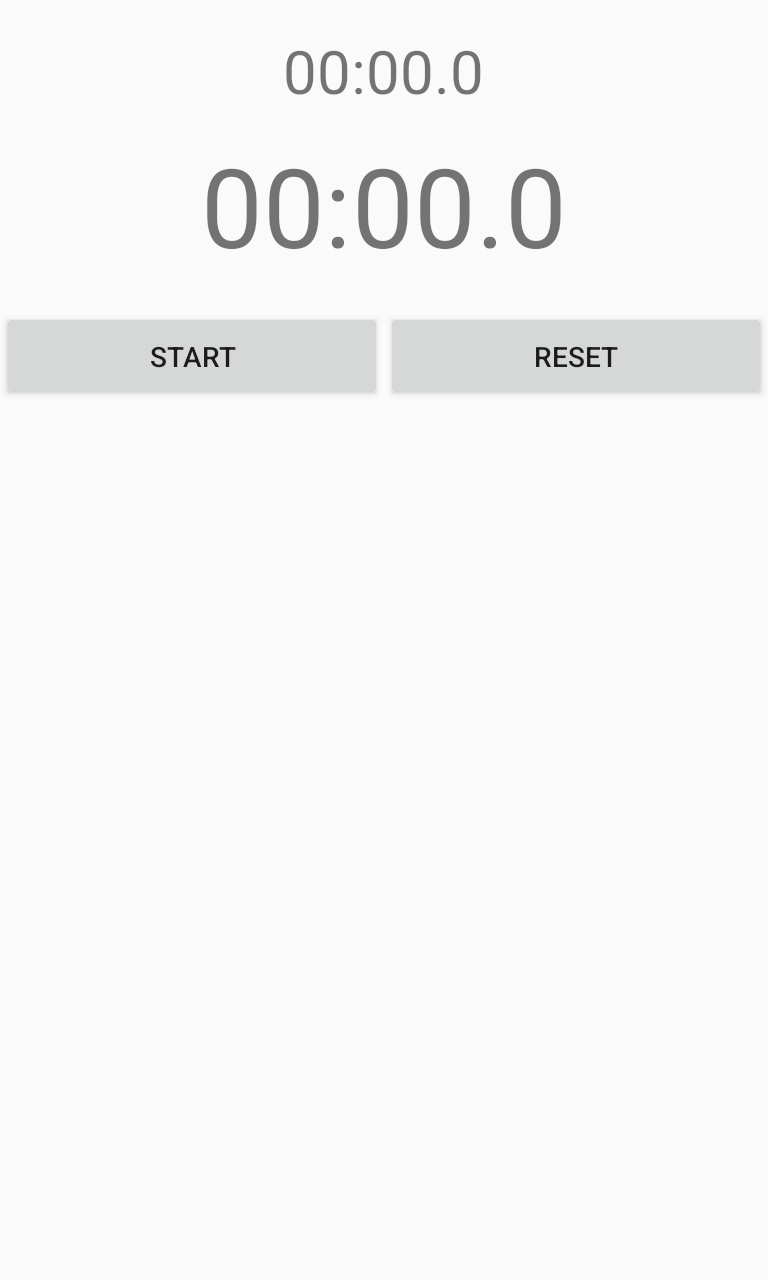
Repository: GitDidNotExitCleanly/AndroidTimer
Layout: G54MDP_Stopwatch/res/layout/fragment_stopwatch.xml
The author's editor kept a copy of each file at every save. The layout is drawn from the files as they stood at one save, then again after the next save.
It is drawn on a 768 x 1280 px phone screen (xhdpi) without system bars, with theme AppTheme; the app's code is not run. Lists and similar views that code fills are empty.

Above is the layout before, as saved 2015-03-07 01:37:32.

### G54MDP_Stopwatch/res/layout/fragment_stopwatch.xml
<?xml version="1.0" encoding="utf-8"?>
<LinearLayout xmlns:android="http://schemas.android.com/apk/res/android"
    android:layout_width="match_parent"
    android:layout_height="match_parent"
    android:gravity="center_horizontal"
    android:orientation="vertical" >

        <LinearLayout
            android:layout_width="fill_parent"
            android:layout_height="wrap_content"
            android:layout_weight="0.5"
            android:gravity="center_horizontal"
            android:orientation="vertical" >

	        <TextView
	            android:id="@+id/smallTime"
	            android:layout_width="wrap_content"
	            android:layout_height="wrap_content"
	            android:text="00:00.0"
	            android:textSize="@dimen/stopwatch_small_time"
	            android:paddingTop="15dip"
	            android:paddingBottom="5dip" />

	        <TextView
	            android:id="@+id/largeTime"
	            android:layout_width="wrap_content"
	            android:layout_height="wrap_content"
	            android:text="00:00.0"
	            android:textSize="@dimen/stopwatch_large_time"
	            android:paddingTop="5dip"
	            android:paddingBottom="15dip" />

	        <LinearLayout
	            android:layout_width="match_parent"
	            android:layout_height="wrap_content"
	            android:gravity="center_horizontal"
	            android:orientation="horizontal"
	             >

	            <Button
	                android:id="@+id/start_stop"
	                android:layout_width="wrap_content"
	                android:layout_height="wrap_content"
	                android:layout_weight="1"
	                android:text="Start" />

	            <Button
	                android:id="@+id/reset_lap"
	                android:layout_width="wrap_content"
	                android:layout_height="wrap_content"
	                android:layout_weight="1"
	                android:text="Reset" />

	        </LinearLayout>
    </LinearLayout>

    <ListView
        android:id="@+id/timeList"
        android:layout_width="fill_parent"
        android:layout_height="wrap_content"
        android:layout_gravity="center_horizontal"
        android:layout_weight="0.3" >

    </ListView>

</LinearLayout>

### G54MDP_Stopwatch/res/values/dimens.xml
<resources>

    <!-- Default screen margins, per the Android Design guidelines. -->
    <dimen name="activity_horizontal_margin">16dp</dimen>
    <dimen name="activity_vertical_margin">16dp</dimen>
	<dimen name="stopwatch_small_time">30dp</dimen>
    <dimen name="stopwatch_large_time">55dp</dimen>

</resources>

Loaded but not shown: G54MDP_Stopwatch/res/values/styles.xml (common file); G54MDP_Stopwatch/res/values-v11/styles.xml (common file); G54MDP_Stopwatch/res/values-v14/styles.xml (common file)

After the next save:
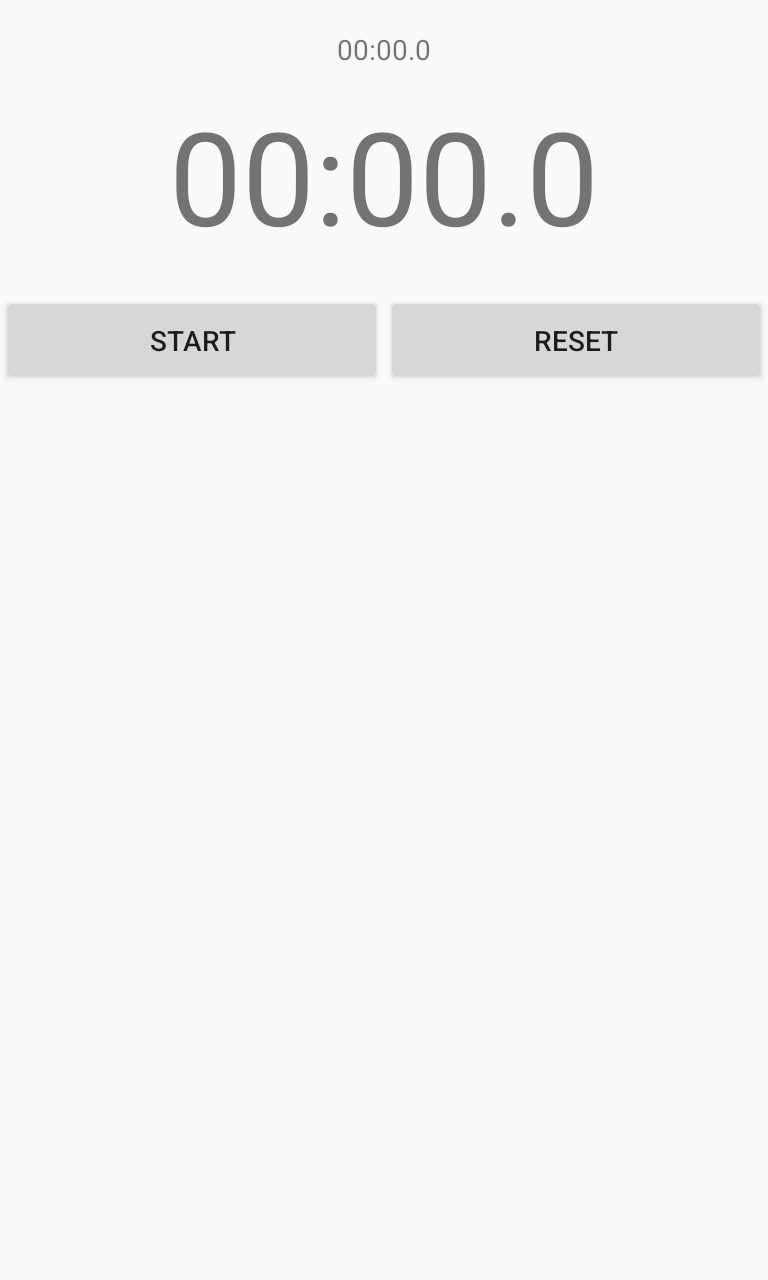
Saved 33 s later.
--- a/G54MDP_Stopwatch/res/values/dimens.xml
+++ b/G54MDP_Stopwatch/res/values/dimens.xml
@@ -3,7 +3,7 @@
     <!-- Default screen margins, per the Android Design guidelines. -->
     <dimen name="activity_horizontal_margin">16dp</dimen>
     <dimen name="activity_vertical_margin">16dp</dimen>
-	<dimen name="stopwatch_small_time">30dp</dimen>
-    <dimen name="stopwatch_large_time">55dp</dimen>
+	<dimen name="stopwatch_small_time">40dsp</dimen>
+    <dimen name="stopwatch_large_time">65dp</dimen>
 
 </resources>
